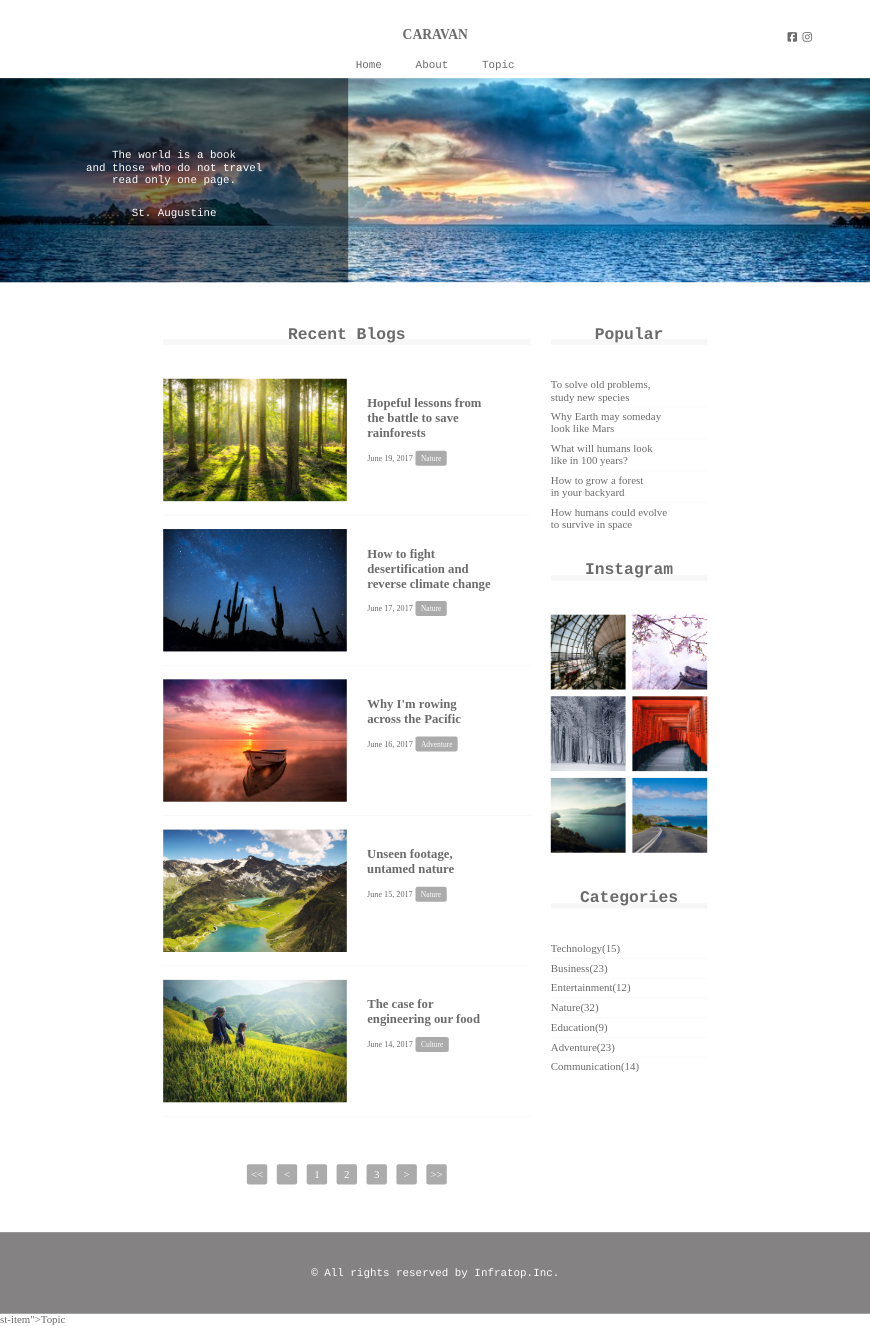
Repository: ayakodesu/html-practice
Page: caravan/index.html
The author's editor kept a record of every edit. The page is drawn from the files as they stood at one moment, then again after the next edit.
The browser window is 1280 px wide. The pictures show the whole page, at 68% of full size.
Some web libraries are served in a nearby version.

Above is the page before.

After the next edit:
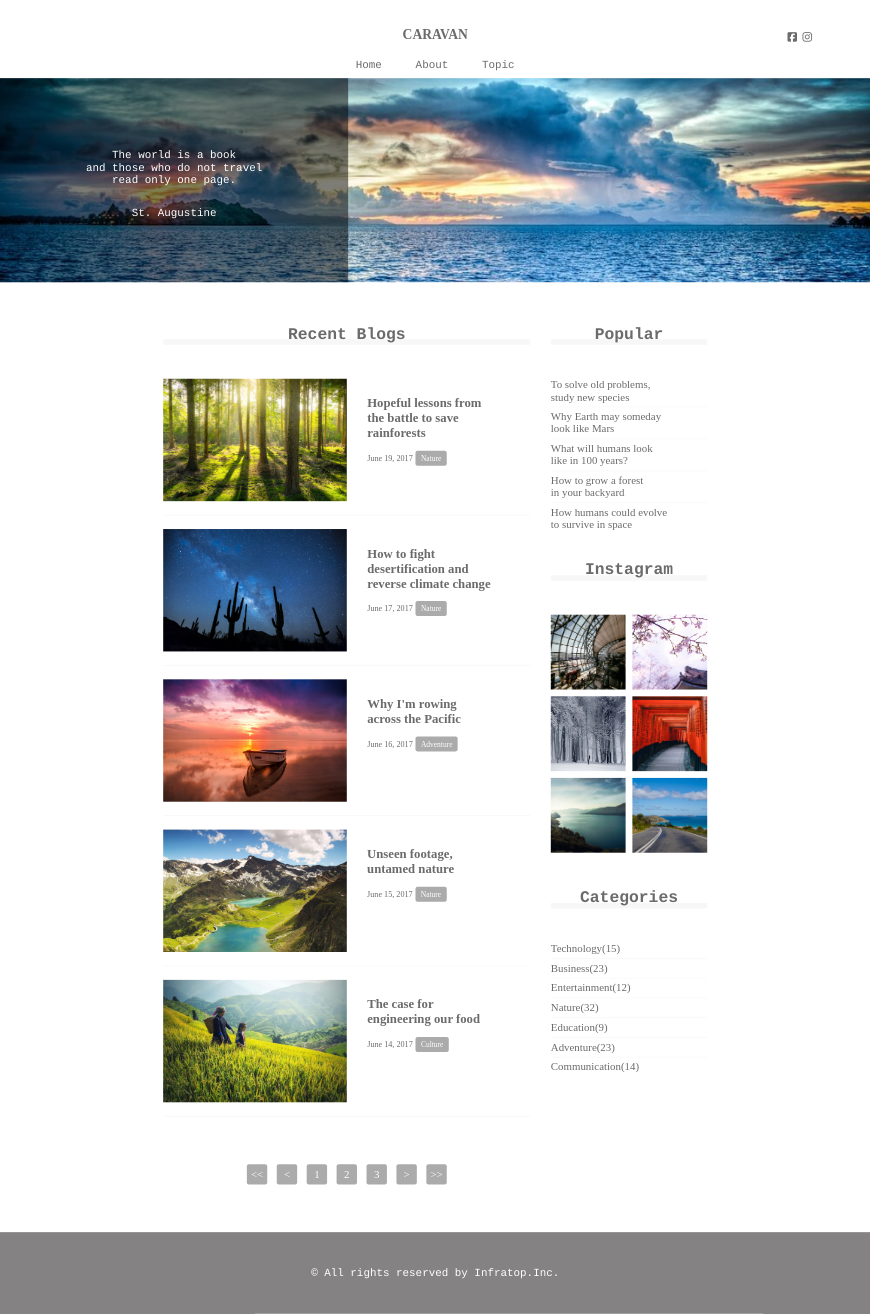
The edit:
--- a/caravan/index.html
+++ b/caravan/index.html
@@ -187,6 +187,4 @@
       <p class="footer-text">© All rights reserved by Infratop.Inc.</p>
     </footer>
   </body>
-</html>st-item">Topic</li>
-      </ul>
-    </nav>
+</html>
